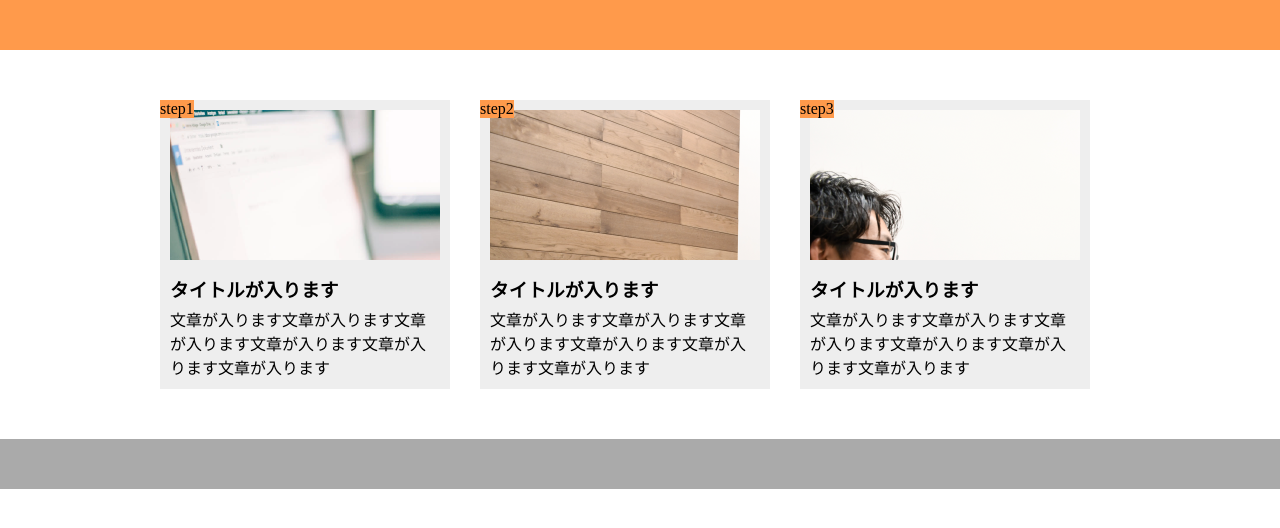
Repository: Y-takumi0/DMMwebcamp
Page: exercise/chapter9.html
The author's editor kept a record of every edit. The page is drawn from the files as they stood at one moment, then again after the next edit.
The browser window is 1280 px wide. The pictures show the whole page.

Above is the page before.

After the next edit:
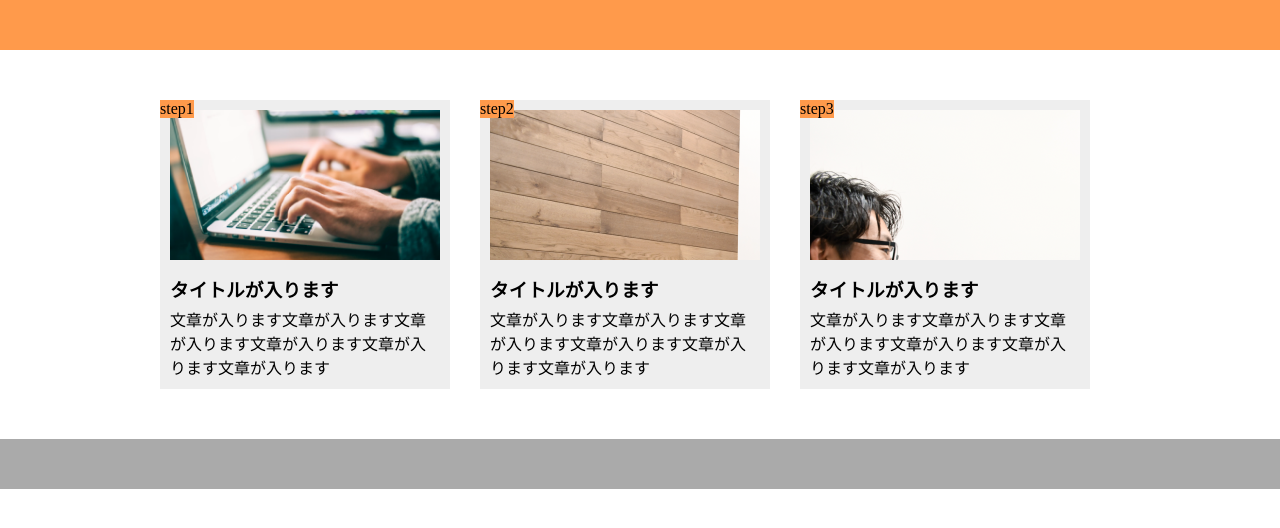
The edit:
--- a/exercise/chapter9.css
+++ b/exercise/chapter9.css
@@ -33,6 +33,8 @@
 .box-img1 {
   height: 150px;
   background-image: url(img/flow01.png);
+  background-position: bottom;
+  background-size: cover;
 }
 
 .box-img2 {
